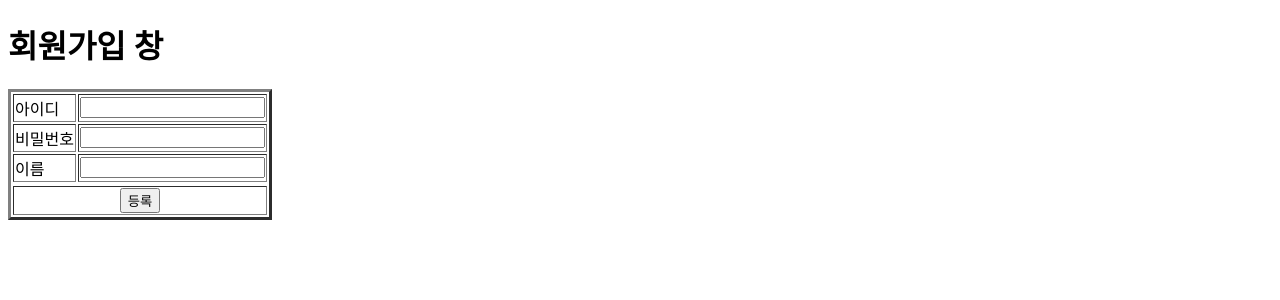
Repository: i-kemen/jsp
Page: http://localhost/WebTest/memeber.jsp
These files come from the project's save history. The page is drawn as it stood at one moment and after the next save; the edit follows.
The browser window is 1280 px wide. The pictures show the whole page.
The page is served by Tomcat 10.

Above is the page before, as saved 2023-06-22 05:19:40.

After the next save:
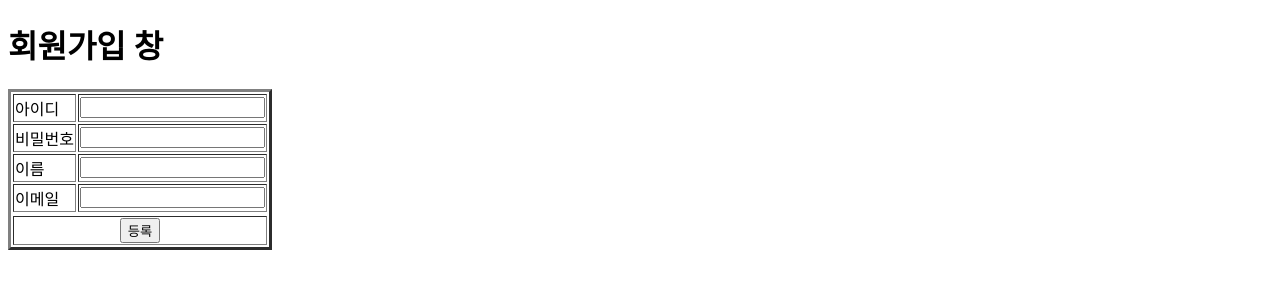
Saved 19 s later.
--- a/WebTest/src/main/webapp/memeber.jsp
+++ b/WebTest/src/main/webapp/memeber.jsp
@@ -24,6 +24,12 @@
     <td> 이름</td>
     <td><input type ="text" name="name"> </td>
     </tr>
+
+    <tr>
+    <td> 이메일</td>
+    <td><input type ="text" name="email"> </td>
+    </tr>
+
     <tr>
 
     <tr>
